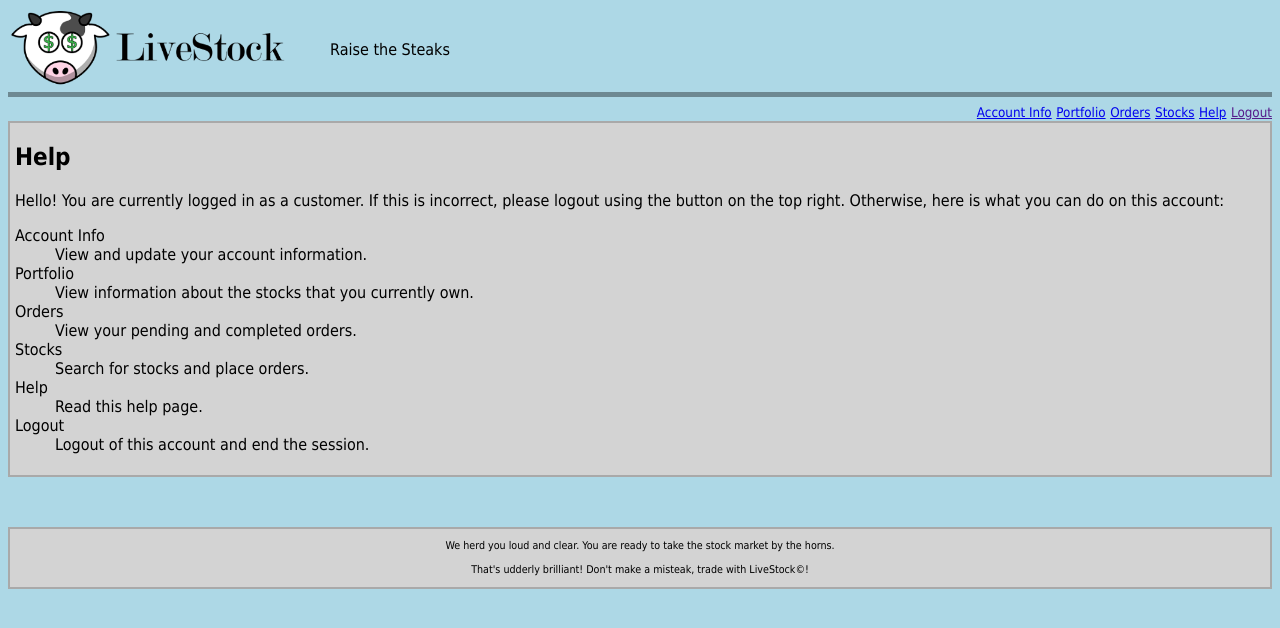
Repository: yastapova/live-stock
Page: http://localhost/LiveStockSite/WEB-INF/cust_help.jsp
The author's editor kept a copy of each file at every save. The page is drawn from the files as they stood at one save, then again after the next save.
The browser window is 1280 px wide. The pictures show the whole page.
The page is served by Tomcat 9. Nobody is signed in. The template is opened directly, without the code that normally fills it, so the values that code supplies are empty.

Above is the page before, as saved 2016-04-19 21:04:16.

After the next save:
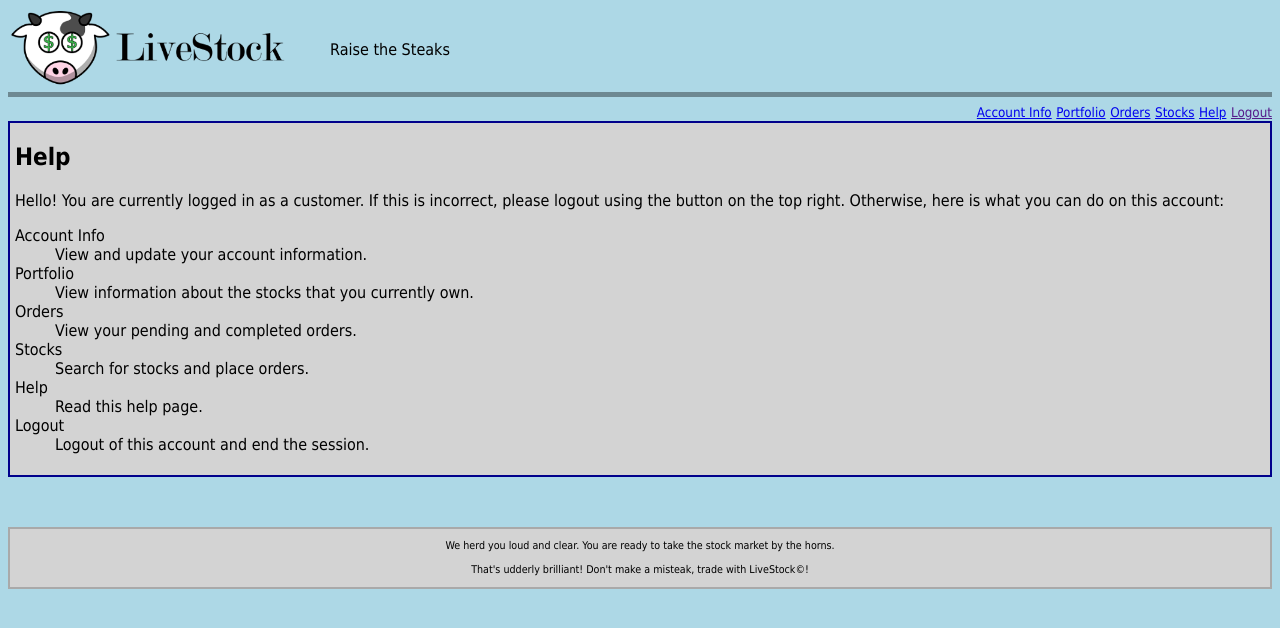
Saved 8 s later.
--- a/LiveStockSite/WebContent/WEB-INF/gen.css
+++ b/LiveStockSite/WebContent/WEB-INF/gen.css
@@ -19,7 +19,7 @@ body {
 	background-color: lightgrey;
 	border-style: solid;
 	border-width: 2px;
-	border-color: darkgrey;
+	border-color: darkblue;
 }
 .footer {
 	text-align: center;
